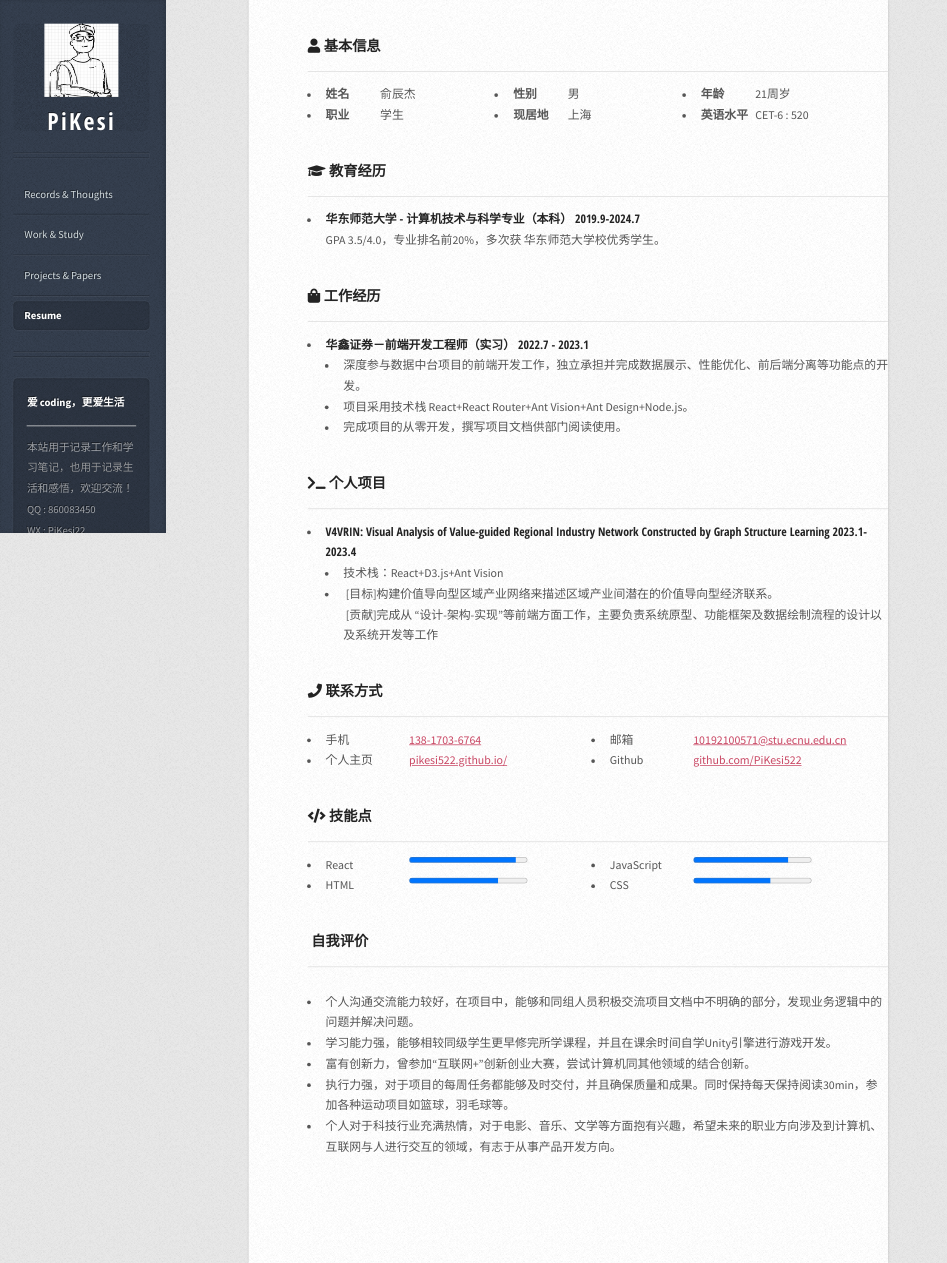
Repository: PiKesi522/PiKesi522.github.io
Page: resume.html
These files come from the project's save history. The page is drawn as it stood at one moment and after the next save; the edit follows.
The browser window is 1280 px wide. The pictures show the whole page, at 74% of full size.

Above is the page before, as saved 2023-04-11 15:08:19.

### resume.html
<!DOCTYPE HTML>
<!--
	Striped by HTML5 UP
	html5up.net | @ajlkn
	Free for personal and commercial use under the CCA 3.0 license (html5up.net/license)
-->
<html>

<head>
    <title>Striped by HTML5 UP</title>
    <meta charset="utf-8" />
    <meta name="viewport" content="width=device-width, initial-scale=1, user-scalable=no" />
    <link rel="stylesheet" href="assets/css/main.css" />
</head>

<body class="is-preload">

    <!-- Content -->
    <div id="content">
        <div class="inner">

            <article class="container">
                <section class="side" id="side">
                    <!-- 个人肖像 -->
                    <!-- <section class="me"> -->

                    <!-- <h6 class="name" style="font-size: 30px;">PiKesi</h6> -->
                    <!-- <section class="portrait"> -->
                    <!-- 头像照片 -->
                    <!-- <img class="avatar" src="assets/images/avatar.jpg" style="padding-top: 1vh; width: 300px;" onload="loading()"> -->
                    <!-- </section> -->

                    <!-- </section> -->

                    <!-- 基本信息 -->
                    <section class="profile info-unit">
                        <h2>
                            <i class="fa fa-user" aria-hidden="true"></i> 基本信息
                        </h2>
                        <hr />
                        <ul style="display: grid;grid-template-columns:repeat(3, 33%);">
                            <li>
                                <div>
                                    <label style="font-weight: 600;">姓名</label>
                                    <span>俞辰杰</span>
                                </div>
                            </li>
                            <li>
                                <div>
                                    <label style="font-weight: 600;">性别</label>
                                    <span>男</span>
                                </div>
                            </li>
                            <li>
                                <div>
                                    <label style="font-weight: 600;">年龄</label>
                                    <span>21周岁</span>
                                </div>
                            </li>
                            <li>
                                <div>
                                    <label style="font-weight: 600;">职业</label>
                                    <span>学生</span>
                                </div>
                            </li>
                            <li>
                                <div>
                                    <label style="font-weight: 600;">现居地</label>
                                    <span>上海</span>
                                </div>
                            </li>
                            <li>
                                <div>
                                    <label style="font-weight: 600;">英语水平</label>
                                    <span>CET-6 : 520</span>
                                </div>
                            </li>
                            <!-- <li>
                                        <label>计算机水平</label>
                                        <span>软考中级</span>
                                    </li> -->
                        </ul>
                    </section>


                    <!--
                    <section class="qrcode info-unit">
                        <h2><i class="fa fa-qrcode" aria-hidden="true"></i>二维码</h2>
                        <hr />
                        <img src="https://github.com/if2er/FeZaoDuKe-Collection/blob/master/ifeees.jpg?raw=true"
                            style="width: 100%;" alt="">
                    </section> -->

                    <!-- 技术栈 -->
                    <!-- <div class="stack info-unit">
                                    <h2><i class="fa fa-code" aria-hidden="true"></i>其他</h2>
                                    <hr/>
                                    <ul>
                                        <li>
                                            <label>前端</label>
                                            <span>React、jQuery、微信小程序、Bootstrap、SASS、LESS</span>
                                        </li>
                                        <li>
                                            <label>后端</label>
                                            <span>Node.js、MySQL、MongoDB、WordPress、ThinkPHP</span>
                                        </li>
                                        <li>
                                            <label>其他</label>
                                            <span>Git、SVN、Markdown</span>
                                        </li>
                                    </ul>
                                </div> -->
                </section>

                <section class="main">

                    <!-- 教育经历 -->
                    <section class="edu info-unit">
                        <h2>
                            <i class="fa fa-graduation-cap" aria-hidden="true"></i> 教育经历
                        </h2>
                        <hr />
                        <ul>
                            <!-- <li>
                                <h3>
                                    <span>华东师范大学 - 计算机技术与科学专业</span>
                                    <time>2019.9-2024.7</time>
                                </h3>
                                <p>GPA
                                    <mark>3.5/4.0</mark>，期间发表国际会议英文摘要X篇，国内核心期刊文章X篇（其中第一作者X篇），获XXX，XXX2次，XXX2次。(此处根据自身情况填写，可以突出自己的亮点，或者跟求职目标相关的内容)
                                </p>
                            </li> -->
                            <li>
                                <h3>
                                    <span>华东师范大学 - 计算机技术与科学专业（本科）</span>
                                    <time>2019.9-2024.7</time>
                                </h3>
                                <p>GPA
                                    <mark>3.5/4.0</mark>，专业排名前20%，多次获 华东师范大学校优秀学生。
                                </p>
                            </li>
                        </ul>
                    </section>

                    <!-- 工作经历 -->
                    <section class="work info-unit">
                        <h2>
                            <i class="fa fa-shopping-bag" aria-hidden="true"></i> 工作经历
                        </h2>
                        <hr />
                        <ul>
                            <li>
                                <h3>
                                    <span>华鑫证券－前端开发工程师（实习）</span>
                                    <time>2022.7 - 2023.1</time>
                                </h3>
                                <ul class="info-content">
                                    <li>深度参与数据中台项目的前端开发工作，独立承担并完成数据展示、性能优化、前后端分离等功能点的开发。
                                    </li>
                                    <li>
                                        项目采用技术栈
                                        <mark>React+React Router+Ant Vision+Ant Design+Node.js</mark>。
                                    </li>
                                    <li>完成项目的从零开发，撰写项目文档供部门阅读使用。
                                    </li>
                                </ul>
                            </li>
                            <!-- <li>
                                <h3>
                                    <span>[经历2]XX－前端开发工程师（实习）</span>
                                    <time>20XX.10 - 20XX.7</time>
                                </h3>
                                <ul class="info-content">
                                    <li>深度参与公司主线产品「XXXX」的前端开发工作，完成帖子快捷回复、
                                        <mark>全站图片懒加载</mark>、活动banner、帖子管理（使用Yii框架）等功能。项目采用技术栈phpWind+NAMP。
                                        <a href="http://itsay.tech/162/" target="_blank">
                                            <i class="fa fa-link" aria-hidden="true"></i>博客文章</a>。
                                    </li>
                                    <li>主要参与公司产品「XXXX」的前端开发工作，实现接入微博、微信、QQ等
                                        <mark>第三方账号登录</mark>等功能。项目采用技术栈WordPress+NAMP。
                                    </li>
                                    <li>活动页面的开发（七夕活动、抽奖活动以及承接外包页面）。</li>
                                    <li>论坛
                                        <mark>图片增量备份</mark>（CentOS+vsftpd+crontab）
                                        <a href="#" target="_blank">
                                            <i class="fa fa-link" aria-hidden="true"></i>博客文章</a>。
                                    </li>
                                </ul>
                            </li> -->
                        </ul>
                    </section>

                    <!-- 项目经验 -->
                    <section class="project info-unit">
                        <h2>
                            <i class="fa fa-terminal" aria-hidden="true"></i> 个人项目
                        </h2>
                        <hr />
                        <ul>
                            <li>
                                <h3>
                                    <span>V4VRIN: Visual Analysis of Value-guided Regional Industry Network Constructed
                                        by Graph Structure Learning</span>
                                    <span class="link">
                                        <!-- <a href="#" target="_blank">Demo</a> -->
                                    </span>
                                    <time>2023.1-2023.4</time>
                                </h3>
                                <ul class="info-content">
                                    <li>技术栈：React+D3.js+Ant Vision</li>
                                    <li>
                                        <i class="fa fa-paper-plane-o" aria-hidden="true"></i>
                                        [目标]构建价值导向型区域产业网络来描述区域产业间潜在的价值导向型经济联系。
                                        <br />
                                        <!-- <i class="fa fa-users" aria-hidden="true"></i>
                                        [团队]同 2 位同专业同学一起
                                        <br /> -->
                                        <i class="fa fa-paper-plane-o" aria-hidden="true"></i>
                                        [贡献]完成从
                                        <mark>“设计-架构-实现”</mark>等前端方面工作，主要负责系统原型、功能框架及数据绘制流程的设计以及系统开发等工作
                                        <br />
                                        <!-- <i class="fa fa-thumbs-o-up" aria-hidden="true"></i>
                                        [效果]作品最终取得第三届共享杯国家级竞赛“一等奖” （2/2000） -->
                                    </li>
                                </ul>
                            </li>
                            <!-- <li>
                                <h3>
                                    <span>[项目2]肿瘤流行病数据可视化</span>
                                    <span class="link">
                                        <a href="#" target="_blank">Demo</a>
                                    </span>
                                    <time>201X.X-201X.X</time>
                                </h3>
                                <ul class="info-content">
                                    <li>技术栈：HTML 5+D3.js+ECharts+MySQL</li>
                                    <li>
                                        <i class="fa fa-paper-plane-o" aria-hidden="true"></i>
                                        [目标]实现常见肿瘤流行病数据多维度可视化展示、数据透视及分析
                                        <br />
                                        <i class="fa fa-users" aria-hidden="true"></i>
                                        [团队]与 1 位同学
                                        <br />
                                        <i class="fa fa-bars" aria-hidden="true"></i>
                                        [贡献]分析项目需求，清洗并整理相关数据(扩展第三方知识组织系统和 Google trends 数据)，并用
                                        <mark>D3.js</mark> 和
                                        <mark>ECharts</mark> 进行图形化展示以及实现简易自动分析 功能
                                        <br />
                                        <i class="fa fa-thumbs-o-up" aria-hidden="true"></i>
                                        [效果]作品取得第二届共享杯国家级竞赛“特等奖”(1/1500)
                                    </li>
                                </ul>
                            </li>
                            <li>
                                <h3>
                                    <span>[项目3]肿瘤流行病数据可视化</span>
                                    <span class="link">
                                        <a href="#" target="_blank">Demo</a>
                                    </span>
                                    <time>201X.X-201X.X</time>
                                </h3>
                                <ul class="info-content">
                                    <li>技术栈：HTML 5+D3.js+ECharts+MySQL</li>
                                    <li>
                                        <i class="fa fa-paper-plane-o" aria-hidden="true"></i>
                                        [目标]实现常见肿瘤流行病数据多维度可视化展示、数据透视及分析
                                        <br />
                                        <i class="fa fa-users" aria-hidden="true"></i>
                                        [团队]与 1 位同学
                                        <br />
                                        <i class="fa fa-bars" aria-hidden="true"></i>
                                        [贡献]分析项目需求，清洗并整理相关数据(扩展第三方知识组织系统和 Google trends 数据)，并用
                                        <mark>D3.js</mark> 和
                                        <mark>ECharts</mark> 进行图形化展示以及实现简易自动分析功能
                                        <br />
                                        <i class="fa fa-thumbs-o-up" aria-hidden="true"></i>
                                        [效果]作品取得第二届共享杯国家级竞赛“特等奖”(1/1500)
                                    </li>
                                </ul>
                            </li>
                            <li>
                                <h3>
                                    <span>[项目4]肿瘤流行病数据可视化</span>
                                    <span class="link">
                                        <a href="#" target="_blank">Demo</a>
                                    </span>
                                    <time>201X.X-201X.X</time>
                                </h3>
                                <ul class="info-content">
                                    <li>技术栈：HTML 5+D3.js+ECharts+MySQL</li>
                                    <li>
                                        <i class="fa fa-paper-plane-o" aria-hidden="true"></i>
                                        [目标]实现常见肿瘤流行病数据多维度可视化展示、数据透视及分析
                                        <br />
                                        <i class="fa fa-users" aria-hidden="true"></i>
                                        [团队]与 1 位
                                        <br />
                                        <i class="fa fa-bars" aria-hidden="true"></i>
                                        [贡献]分析项目需求，清洗并整理相关数据(扩展第三方知识组织系统和 Google trends 数据)，并用
                                        <mark>D3.js</mark> 和
                                        <mark>ECharts</mark> 进行图形化展示以及实现简易自动分析 功能
                                        <br />
                                        <i class="fa fa-thumbs-o-up" aria-hidden="true"></i>
                                        [效果]作品取得第二届共享杯国家级竞赛“特等奖”(1/1500)
                                    </li>
                                </ul>
                            </li> -->

                        </ul>
                    </section>

                    <!-- 联系方式 -->
                    <section class="contact info-unit">
                        <h2>
                            <i class="fa fa-phone" aria-hidden="true"></i> 联系方式
                        </h2>
                        <hr />
                        <ul style="display: grid; grid-template-columns:repeat(2, 50%);">
                            <li>
                                <div>
                                    <label>手机</label>
                                    <a href="#" target="_blank">138-1703-6764</a>
                                </div>
                            </li>
                            <li>
                                <div>
                                    <label>邮箱</label>
                                    <a href="mailto:10192100571@stu.ecnu.edu.cn"
                                        target="_blank">10192100571@stu.ecnu.edu.cn</a>
                                </div>
                            </li>
                            <li>
                                <div>
                                    <label>个人主页</label>
                                    <a href="https://pikesi522.github.io/" target="_blank">pikesi522.github.io/</a>
                                </div>
                            </li>
                            <li>
                                <div>
                                    <label>Github</label>
                                    <a href="https://github.com/PiKesi522" target="_blank">github.com/PiKesi522</a>
                                </div>
                            </li>
                        </ul>
                    </section>

                    <!-- 技能点 -->
                    <section class="skill info-unit">
                        <h2>
                            <i class="fa fa-code" aria-hidden="true"></i> 技能点
                        </h2>
                        <hr />
                        <ul style="display: grid; grid-template-columns:repeat(2, 50%);">
                            <li>
                                <div style="display: grid; grid-template-columns: 30% 70%;">
                                    <label>React</label>
                                    <div>
                                        <progress value="90" max="100"></progress>
                                    </div>
                                </div>
                            </li>
                            <li>
                                <div style="display: grid; grid-template-columns: 30% 70%;">
                                    <label>JavaScript</label>
                                    <div>
                                        <progress value="80" max="100"></progress>
                                    </div>
                                </div>
                            </li>
                            <li>
                                <div style="display: grid; grid-template-columns: 30% 70%;">
                                    <label>HTML</label>
                                    <div>
                                        <progress value="75" max="100"></progress>
                                    </div>
                                </div>
                            </li>
                            <li>
                                <div style="display: grid; grid-template-columns: 30% 70%;">
                                    <label>CSS</label>
                                    <div>
                                        <progress value="65" max="100"></progress>
                                    </div>
                                </div>
                            </li>
                        </ul>
                    </section>

                    <!-- 自我评价 -->
                    <section class="work info-unit">
                        <h2>
                            <i class="fa fa-pencil" aria-hidden="true"></i> 自我评价
                        </h2>
                        <hr />
                        <p>
                            <ul>
                            <li>个人沟通交流能力较好，在项目中，能够和同组人员积极交流项目文档中不明确的部分，发现业务逻辑中的问题并解决问题。
                            <br/>
                            <li>学习能力强，能够相较同级学生更早修完所学课程，并且在课余时间自学Unity引擎进行游戏开发。
                            <br/>
                            <li>富有创新力，曾参加“互联网+”创新创业大赛，尝试计算机同其他领域的结合创新。
                            <br/>
                            <li>执行力强，对于项目的每周任务都能够及时交付，并且确保质量和成果。同时保持每天保持阅读30min，参加各种运动项目如篮球，羽毛球等。
                            <br/>
                            <li>个人对于科技行业充满热情，对于电影、音乐、文学等方面抱有兴趣，希望未来的职业方向涉及到计算机、互联网与人进行交互的领域，有志于从事产品开发方向。
                            <!-- <span class="mark-txt">“多静多思考，反省不张扬”</span>是我给自己总结的“十字箴言”，鞭策自己做人既不能以己度人，也不以人观己，要脚踏实地做事，坚持自己的梦想和本心。 -->
                        </p>
                    </section>
                </section>
            </article>

        </div>
    </div>

	<!-- Sidebar -->
	<div id="sidebar">

		<!-- Logo -->
		<h1 id="logo">
			<a href="index.html">
				<img style="width: 100px;"
                    src="assets/images/icon1.jpg"
                    alt="Avator">
				<div style="margin: 0.5em 0 0 0;">
					PiKesi
				</div>
			</a>
		</h1>


		<!-- Nav -->
		<nav id="nav">
			<ul>
                <li><a href="life.html">Records & Thoughts</a></li>
				<li><a href="note.html">Work & Study</a></li>
				<li><a href="projects.html">Projects & Papers</a></li>
				<li class="current"><a href="resume.html">Resume</a></li>
				<!-- <li><a href="#">Contact Me</a></li> -->
			</ul>
		</nav>

		<!-- Text -->
		<section class="box text-style1">
			<div class="inner">
				<p>
					<strong> 爱 coding，更爱生活</strong>
					<hr>
					本站用于记录工作和学习笔记，也用于记录生活和感悟，欢迎交流！
					<br/>
					QQ : 860083450
					<br/>
					WX : PiKesi22
				</p>
			</div>
		</section>
	</div>

    <!-- Scripts -->
    <script src="assets/js/jquery.min.js"></script>
    <script src="assets/js/browser.min.js"></script>
    <script src="assets/js/breakpoints.min.js"></script>
    <script src="assets/js/util.js"></script>
    <script src="assets/js/main.js"></script>

</body>

</html>

Loaded but not shown: assets/js/jquery.min.js (library); assets/js/browser.min.js (common file); assets/css/fontawesome-all.min.css (library); assets/js/breakpoints.min.js (common file); assets/js/util.js (587 lines, source omitted); assets/css/main.css (3019 lines, source omitted); public/assets/js/main.js (no copy from this time; the picture is the same without it)

After the next save:
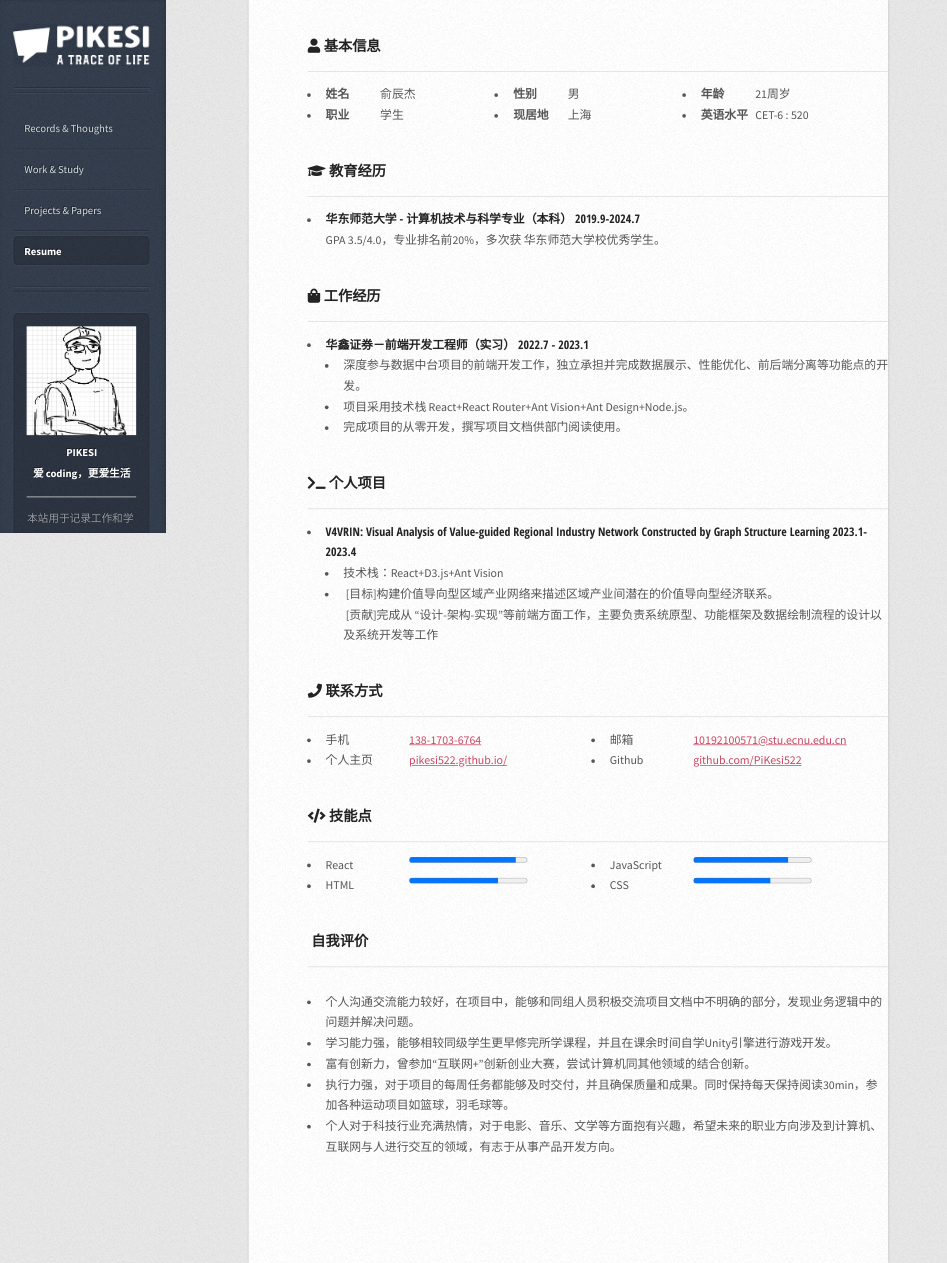
Saved 62 s later.
--- a/resume.html
+++ b/resume.html
@@ -415,15 +415,14 @@
 	<!-- Sidebar -->
 	<div id="sidebar">
 
+
 		<!-- Logo -->
 		<h1 id="logo">
 			<a href="index.html">
-				<img style="width: 100px;"
-                    src="assets/images/icon1.jpg"
-                    alt="Avator">
-				<div style="margin: 0.5em 0 0 0;">
+				<img style="width: 100%;" src="assets/images/head1.png" alt="Logo">
+				<!-- <div style="margin: 0.5em 0 0 0;">
 					PiKesi
-				</div>
+				</div> -->
 			</a>
 		</h1>
 
@@ -442,15 +441,24 @@
 		<!-- Text -->
 		<section class="box text-style1">
 			<div class="inner">
-				<p>
-					<strong> 爱 coding，更爱生活</strong>
-					<hr>
-					本站用于记录工作和学习笔记，也用于记录生活和感悟，欢迎交流！
-					<br/>
-					QQ : 860083450
-					<br/>
-					WX : PiKesi22
-				</p>
+					<img style="width: 100%; margin: 0;" src="assets/images/icon1.jpg" alt="Logo">
+					<div style="text-align: center;">
+						<strong> PIKESI </strong>
+						<br/>
+						<strong> 爱 coding，更爱生活</strong></div>
+					<p>
+						<hr>
+						本站用于记录工作和学习笔记，也用于记录生活和感悟，欢迎交流！
+						<br />
+						QQ : 860083450
+						<br />
+						WX : PiKesi22
+					</p>
+					<div style="display: flex; justify-content: space-between; align-items: center;">
+						<a style="float: left; flex: 1;" href="https://github.com/PiKesi522/PiKesi522.github.io/issues">提供建议</a>
+						<!-- <span style="border-left: 10px black solid;" ></span> -->
+						<a style="float: right;" href="https://github.com/PiKesi522/PiKesi522.github.io/issues">反馈问题</a>
+					</div>
 			</div>
 		</section>
 	</div>
